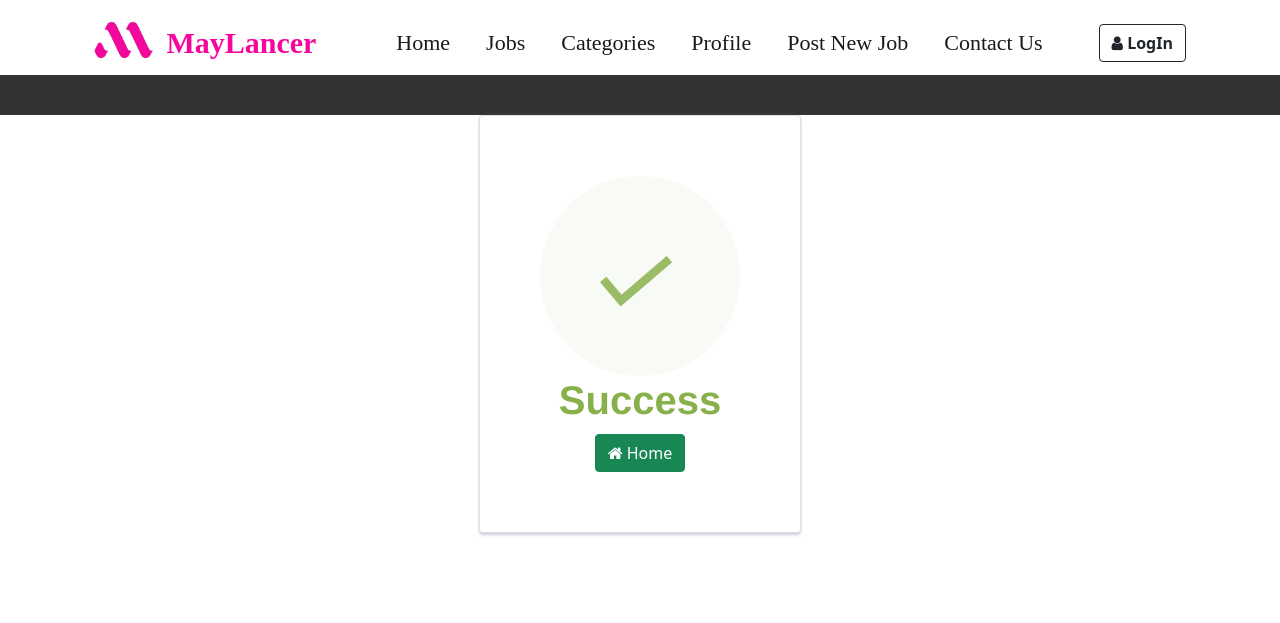
Repository: prathmesh2023/maylancers
Page: http://localhost/success
These files come from the project's save history. The page is drawn as it stood at one moment and after the next save; the edit follows.
The browser window is 1280 px wide. The pictures show the whole page.
Some web fonts or font styles are not loaded; a fallback is used. Some web libraries are served in a nearby version. The page is served by the project's application, run on Django 3.2 (manage.py).

Above is the page before, as saved 2022-01-25 23:41:21.

After the next save:
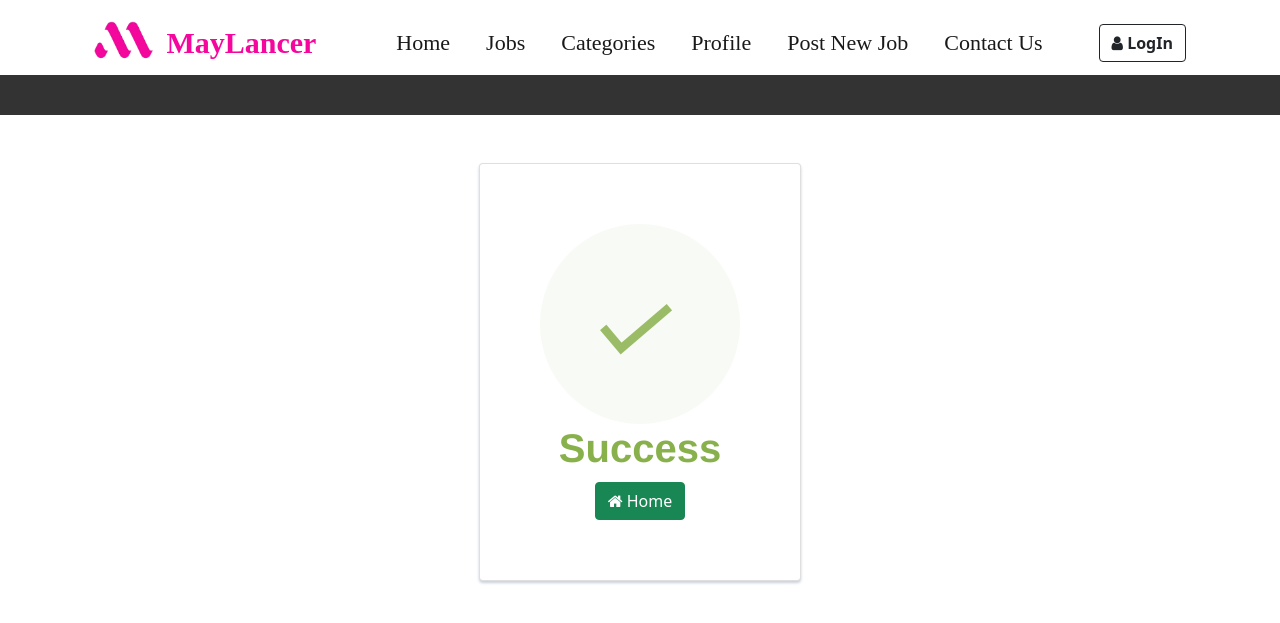
Saved 10 s later.
--- a/templates/success.html
+++ b/templates/success.html
@@ -36,7 +36,7 @@
     }
 </style>
 <center>
-    <div class="card">
+    <div class="card my-5">
         <div style="border-radius:200px; height:200px; width:200px; background: #F8FAF5; margin:0 auto;">
             <i class="checkmark">✓</i>
         </div>
